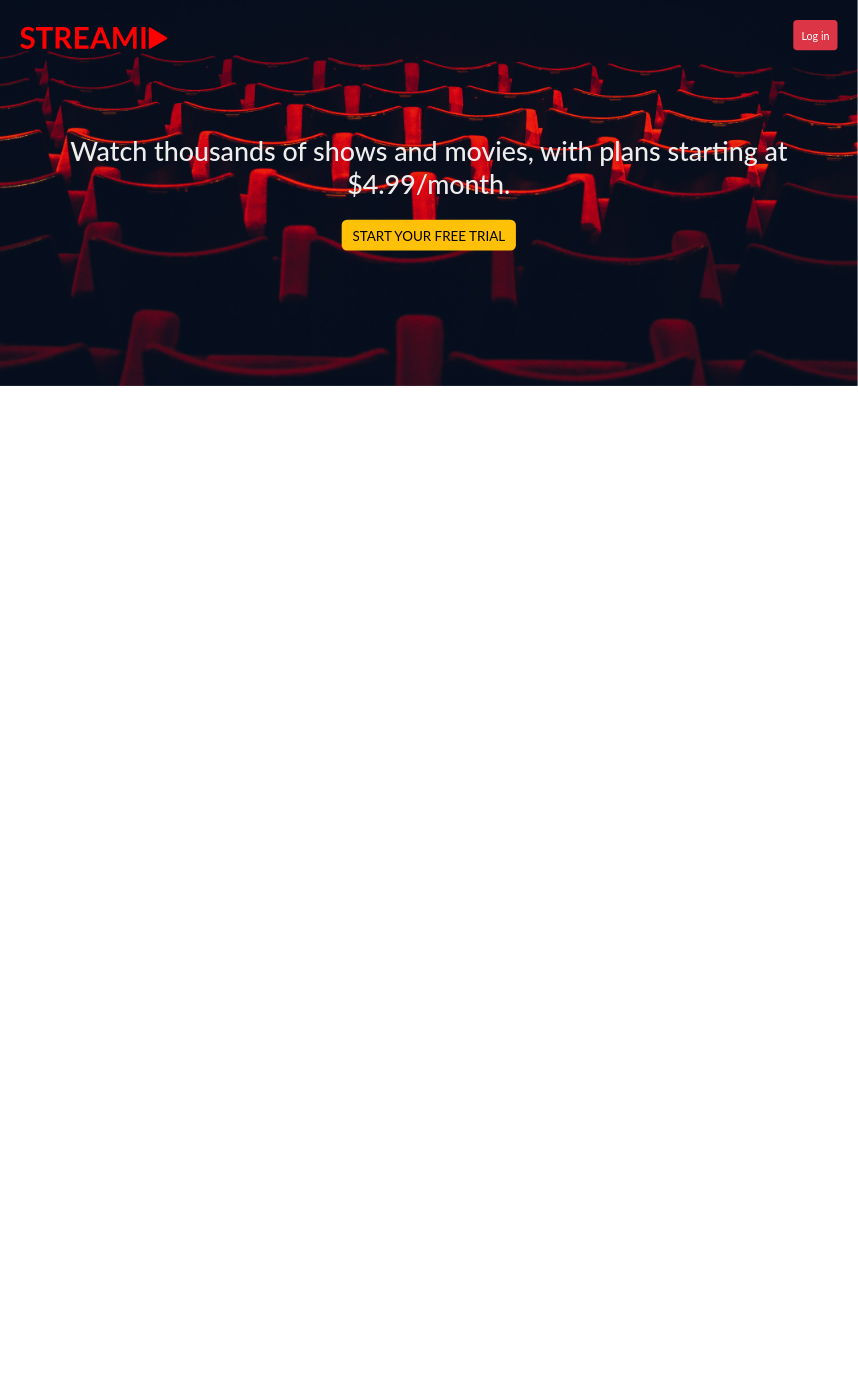
Repository: marcinszymaszek/streami
Page: /
The author's editor kept a copy of each file at every save. The page is drawn from the files as they stood at one save, then again after the next save.
The browser window is 1280 px wide. The pictures show the whole page, at 67% of full size.
Backgrounds fixed to the window are drawn as part of the page. The project was rebuilt for these pictures with package versions that can differ from the ones it lists, and the page was loaded fresh each time.

Above is the page before, as saved 2020-09-12 15:54:11.

After the next save:
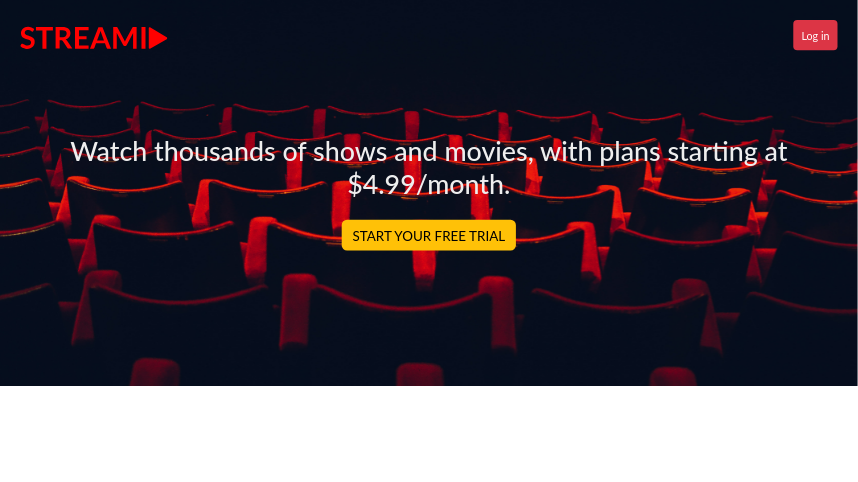
Saved 34 s later.
--- a/src/components/home-page/HomePage.js
+++ b/src/components/home-page/HomePage.js
@@ -7,7 +7,6 @@
     <div className="home-page-container">
       <Header />
       <Navigation />
-      <div style={{ height: "1500px" }}></div>
     </div>
   );
 }
